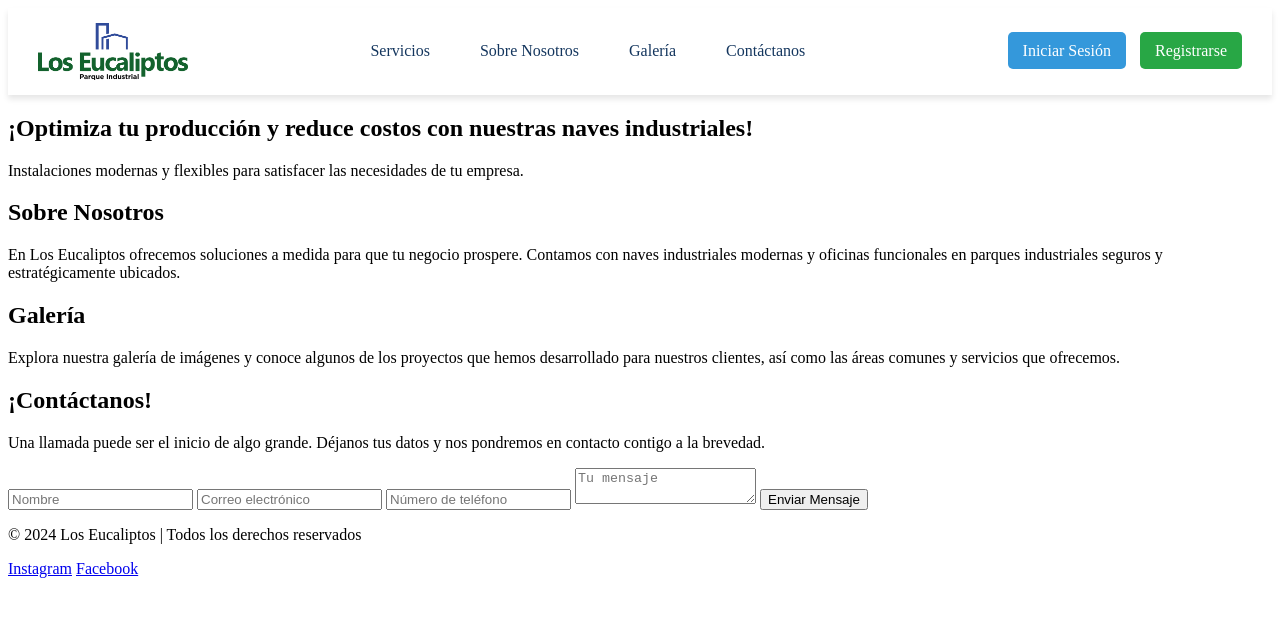
Repository: Los-Eucaliptos-WebApp/Los-Eucaliptos-FrontEnd
Page: pages/los-eucaliptos-home-page/index.html
The author's editor kept a copy of each file at every save. The page is drawn from the files as they stood at one save, then again after the next save.
The browser window is 1280 px wide. The pictures show the whole page.

Above is the page before, as saved 2025-02-16 22:08:44.

After the next save:
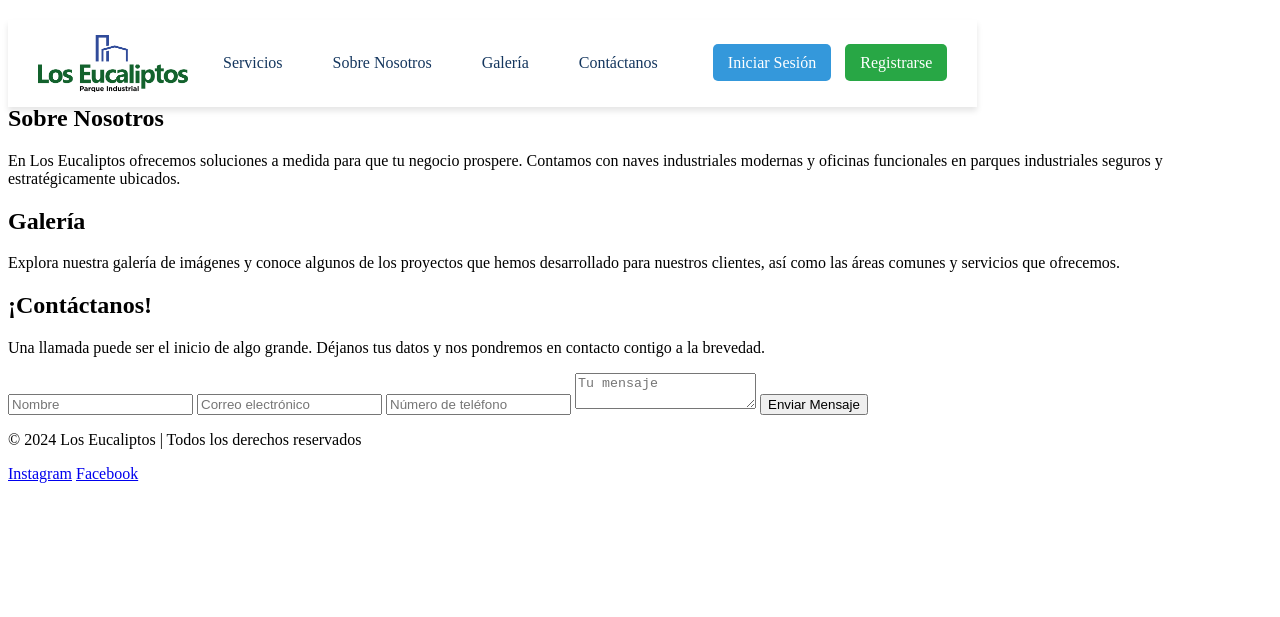
Saved 34 s later.
--- a/pages/los-eucaliptos-home-page/styles.css
+++ b/pages/los-eucaliptos-home-page/styles.css
@@ -6,7 +6,9 @@ header {
     background: #ffffff;
     color: rgb(0, 0, 0);
     padding: 15px 30px;
-    box-shadow: 0 4px 6px rgba(0, 0, 0, 0.1); /* Añade una sombra sutil para dar profundidad */
+    box-shadow: 0 4px 6px rgba(0, 0, 0, 0.1);
+        position: fixed;  /* Fija el encabezado */
+
 }
 
 .logo {
